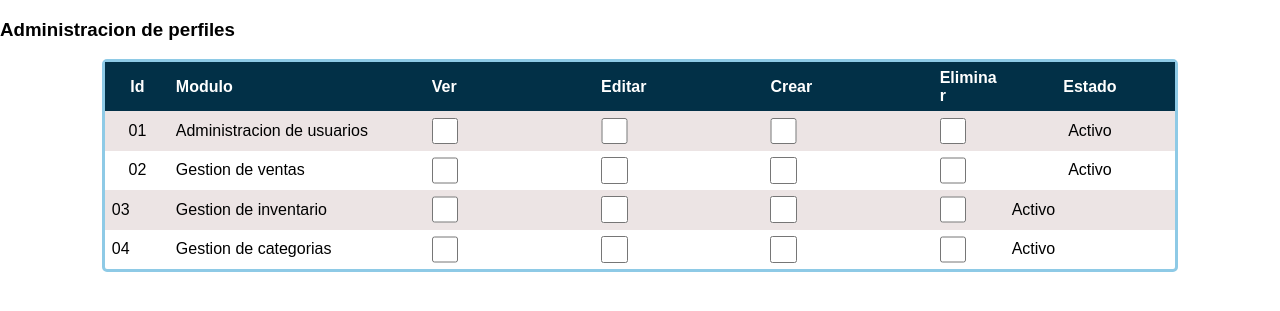
Repository: AlexanderBarona/Proyecto_Ciclo3_Mintic
Page: PaginaWeb/pages/listar_perfiles.html
These files come from the project's save history. The page is drawn as it stood at one moment and after the next save; the edit follows.
The browser window is 1280 px wide. The pictures show the whole page.

Above is the page before, as saved 2021-09-30 14:34:51.

After the next save:
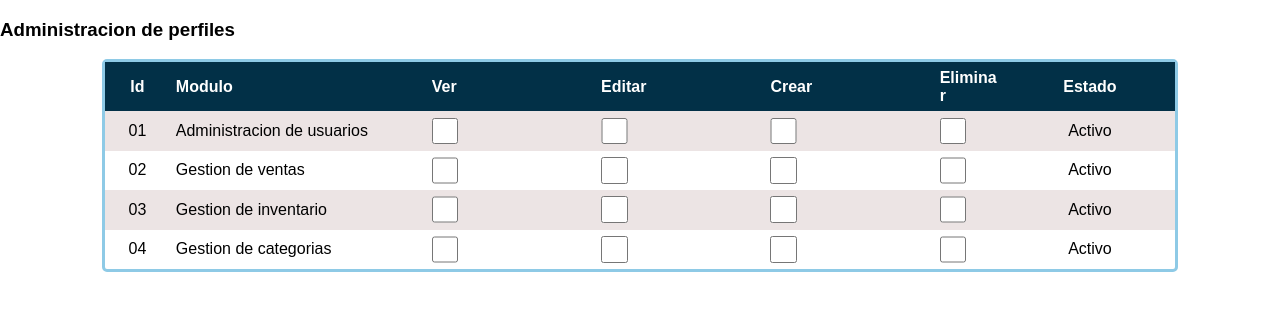
Saved 52 s later.
--- a/PaginaWeb/pages/listar_perfiles.html
+++ b/PaginaWeb/pages/listar_perfiles.html
@@ -82,7 +82,7 @@
 
                     </tr>
                     <tr >
-                      <td class="table_cell">03</td>
+                      <td class="table_cell center">03</td>
                       <td class="table_cell">Gestion de inventario</td>
                       <td class="table_cell">
                         <div class="checkbox_container">
@@ -104,12 +104,12 @@
                           <input type="checkbox" >
                         </div>
                       </td>
-                      <td class="table_cell">Activo</td>
+                      <td class="table_cell center">Activo</td>
 
                     </tr>
 
                     <tr >
-                      <td class="table_cell">04</td>
+                      <td class="table_cell center">04</td>
                       <td class="table_cell">Gestion de categorias</td>
                       <td class="table_cell">
                         <div class="checkbox_container">
@@ -131,7 +131,7 @@
                           <input type="checkbox" >
                         </div>
                       </td>
-                      <td class="table_cell">Activo</td>
+                      <td class="table_cell center">Activo</td>
 
                     </tr>
 
